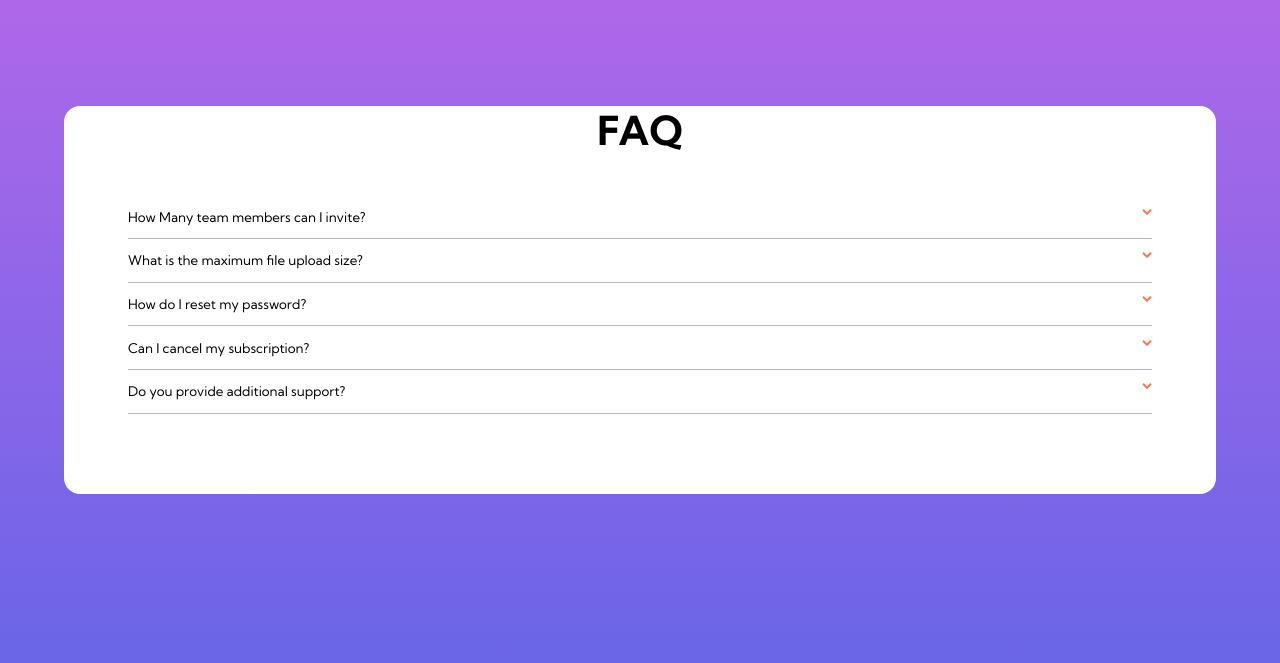
Repository: ryanwilll/ProjetoFAQ
Page: index.html
The author's editor kept a copy of each file at every save. The page is drawn from the files as they stood at one save, then again after the next save.
The browser window is 1280 px wide. The pictures show the whole page.

Above is the page before, as saved 2022-10-27 20:01:20.

### index.html
<!DOCTYPE html>
<html lang="pt-br">

<head>
  <meta charset="UTF-8">
  <meta name="viewport" content="width=device-width, initial-scale=1.0">
  <!-- displays site properly based on user's device -->
  <link rel="preconnect" href="https://fonts.googleapis.com">
  <link rel="preconnect" href="https://fonts.gstatic.com" crossorigin>
  <link rel="preconnect" href="https://fonts.googleapis.com">
  <link rel="preconnect" href="https://fonts.gstatic.com" crossorigin>
  <link href="https://fonts.googleapis.com/css2?family=Kumbh+Sans:wght@400;700&display=swap" rel="stylesheet">
  <link rel="icon" type="image/png" sizes="32x32" href="./images/favicon-32x32.png">
  <link rel="stylesheet" href="./css/style.css">
  <link rel="stylesheet" href="./css/allmedia.css">
  <title>Frontend Mentor | FAQ Accordion Card</title>

  <!-- Feel free to remove these styles or customise in your own stylesheet 👍 -->
</head>

<body>

  <main class="container">
    <div class="card-white">
      <div class="imgs">
        <img class="img-principal" src="./images/illustration-woman-online-mobile.svg" alt="Ilustração Mobile">
        <img class="sombra-img-principal" src="./images/bg-pattern-mobile.svg" alt="Sombreamento da Imagem">
      </div>
      <div class="imgs-desktop">
        <img src="./images/illustration-woman-online-desktop.svg" alt="">
        <img src="./images/bg-pattern-desktop.svg" alt="">
        <img src="./images/illustration-box-desktop.svg" alt="">
      </div>
      <h1 class="FAQ">FAQ</h1>
      <div class="faq-menu">

        <div class="text">
          <button class="button-answer">
            <div class="question"> How Many team members can I invite?<img class="seta"
                src="./images/icon-arrow-down.svg" alt="Seta para baixo"></div>

          </button>
          <p class="answer"> You can invite up to 2 additional users on the Free plan. There is no limit on team
            members
            for the Premium
            plan.</p>
        </div>
        <div class="text">
          <button class="button-answer">
            <div class="question"> What is the maximum file upload size?<img class="seta"
                src="./images/icon-arrow-down.svg" alt="Seta para baixo"></div>

          </button>
          <p class="answer"> No more than 2GB. All files in your account must fit your allotted storage space.</p>
        </div>
        <div class="text">
          <button class="button-answer">
            <div class="question"> How do I reset my password?<img class="seta" src="./images/icon-arrow-down.svg"
                alt="Seta para baixo"></div>

          </button>
          <p class="answer"> Click “Forgot password” from the login page or “Change password” from your profile page.
            A reset link will be emailed to you.</p>
        </div>
        <div class="text">
          <button class="button-answer">
            <div class="question"> Can I cancel my subscription?<img class="seta" src="./images/icon-arrow-down.svg"
                alt="Seta para baixo"></div>

          </button>
          <p class="answer"> Yes! Send us a message and we’ll process your request no questions asked.</p>
        </div>
        <div class="text">
          <button class="button-answer">
            <div class="question"> Do you provide additional support?<img class="seta"
                src="./images/icon-arrow-down.svg" alt="Seta para baixo"></div>

          </button>
          <p class="answer"> You can invite up to 2 additional users on the Free plan. There is no limit on team
            members
            for the Premium
            plan.</p>
        </div>
      </div>

    </div>
  </main>
  <script src="./src/index.js"></script>
</body>

</html>

### css/style.css
@charset "UTF-8";
input,
textarea,
button,
select,
a {
  -webkit-tap-highlight-color: rgba(0, 0, 0, 0);
}
/*Versão Mobile First*/
* {
  font-family: "Kumbh Sans", sans-serif;
  margin: 0px;
  padding: 0px;
  box-sizing: border-box;
}

body {
  background: linear-gradient(hsl(273, 75%, 66%) 80%, hsl(240, 73%, 65%));
  background: linear-gradient(hsl(273, 75%, 66%) 80%, hsl(240, 73%, 65%));
  background-repeat: no-repeat;
  position: relative;
  height: 100vh;
  width: 100vw;
}

.card-white {
  background-color: white;
  width: 90vw;
  max-height: 100vh;
  margin: 10em auto;
  border-radius: 1em;
  padding-bottom: 5em;
}

.card-white .imgs {
  position: relative;
  width: 50vw;
  margin: auto;
  top: -5.5em;
  z-index: 1;
}

.card-white .imgs .sombra-img-principal {
  position: relative;
  width: 50vw;
  margin: auto;
  top: -4.5em;
  z-index: -1;
}
.card-white .FAQ {
  font-size: 2.5em;
  text-align: center;
  font-weight: 600;
  margin: -3em 0em 1em;
}

.card-white button {
  border-style: none;
  text-align: left;
  background-color: transparent;
  transition: color ease-in-out 0.2s;
  justify-content: space-between;
  cursor: pointer;
  width: 80vw;
}

.card-white button img {
  position: relative;
  float: right;
  margin: auto;
}

.imgs-desktop {
  display: none;
}

.card-white button:hover {
  color: orange;
}

.card-white .faq-menu .text .question {
  width: 80vw;
  margin: 1em 0em;
}

.card-white .answer {
  visibility: hidden;
  height: 0;
  transition: height 0.5s ease;
}
.card-white .faq-menu .text {
  border-bottom: 1px solid rgb(187, 186, 186);
  width: 80vw;
  margin: auto;
}

.card-white .faq-menu .text.active .question {
  font-weight: bold;
}

.card-white .faq-menu .text.active .answer {
  visibility: visible;
  height: 2.4em;
  margin: 0.5em 0em;
  width: 75vw;
  font-size: 0.7em;
  margin-bottom: 2em;
  animation: fade 1s ease-in-out;
}

.card-white .faq-menu .text.active .seta {
  transform: rotate(180deg);
}
.seta {
  transition: transform 0.5s ease-in;
}

@keyframes fade {
  from {
    opacity: 0;
    transform: translateY(-10px);
  }
  to {
    opacity: 1;
    transform: translateY(0px);
  }
}

### css/allmedia.css
@media screen and (min-width: 600px) and (max-width: 768px) {
  body {
    background: linear-gradient(hsl(273, 75%, 66%) 80%, hsl(240, 73%, 65%));
    background: linear-gradient(hsl(273, 75%, 66%) 80%, hsl(240, 73%, 65%));
    background-repeat: no-repeat;
    position: relative;
    height: 100vh;
    width: 100vw;
  }
  .card-white {
    max-height: 100%;
    margin: 13em auto;
    border-radius: 1em;
    padding-bottom: 5em;
  }
  .card-white .imgs {
    top: -10.5em;
  }

  .card-white .imgs .sombra-img-principal {
    top: -7.5em;
  }
  .card-white .FAQ {
    font-size: 3.5em;
    margin: -5em 0em 1em;
  }

  .card-white button img {
    width: 1.5em;
    height: 1em;
  }
  .card-white .faq-menu .text .question {
    font-size: 2em;
  }
  .card-white .faq-menu .text.active .answer {
    font-size: 1.5em;
  }
}

@media screen and (min-width: 769px) and (max-width: 992px) {
  body {
    background: linear-gradient(hsl(273, 75%, 66%) 80%, hsl(240, 73%, 65%));
    background: linear-gradient(hsl(273, 75%, 66%) 80%, hsl(240, 73%, 65%));
    background-repeat: no-repeat;
    position: relative;
    height: 100%;
    width: 100%;
  }
  .card-white {
    max-height: 100%;
    margin: 15em auto;
    border-radius: 1em;
    padding-bottom: 5em;
  }
  .card-white .imgs {
    top: -10.5em;
  }

  .card-white .imgs .sombra-img-principal {
    top: -7.5em;
  }
  .card-white .FAQ {
    font-size: 4em;
    margin: -3em 0em 1em;
  }
  .card-white button img {
    width: 1.5em;
    height: 1em;
  }
  .card-white .faq-menu .text .question {
    font-size: 2em;
  }
  .card-white .faq-menu .text.active .answer {
    font-size: 1.5em;
  }
}

@media screen and (min-width: 993px) and (max-width: 1200px) {
  body {
    background: linear-gradient(hsl(273, 75%, 66%) 80%, hsl(240, 73%, 65%));
    background: linear-gradient(hsl(273, 75%, 66%) 80%, hsl(240, 73%, 65%));
    background-repeat: no-repeat;
    position: relative;
    height: 100%;
    width: 100%;
  }
  .card-white {
    max-height: 100%;
    margin: 15em auto;
    border-radius: 1em;
    padding-bottom: 5em;
  }
  .card-white .imgs {
    top: -16.5em;
  }

  .card-white .imgs .sombra-img-principal {
    top: -11.5em;
  }
  .card-white .FAQ {
    font-size: 5em;
    margin: -5.5em 0em 1em;
  }
  .card-white button img {
    width: 1.5em;
    height: 1em;
  }
  .card-white .faq-menu .text .question {
    font-size: 2.3em;
  }
  .card-white .faq-menu .text.active .answer {
    font-size: 1.7em;
  }
}

@media screen and (min-width: 1201px) {
  body {
    margin: 0;
    font-family: "Poppins", sans-serif;
    max-height: 100%;
    width: 100vw;
    background: linear-gradient(hsl(273, 75%, 66%), hsl(240, 73%, 65%));
    display: grid;
    justify-content: center;
    align-content: center;
  }
  .imgs {
    display: none;
  }
  .card-white {
    position: ;
    background-color: white;
    width: 90vw;
    margin: 10em auto;
    border-radius: 1em;
    padding-bottom: 5em;
  }
}

### src/index.js
const faqs = document.querySelectorAll(".text");

faqs.forEach((faq) => {
  faq.addEventListener("click", () => {
    faq.classList.toggle("active");
  });
});

After the next save:
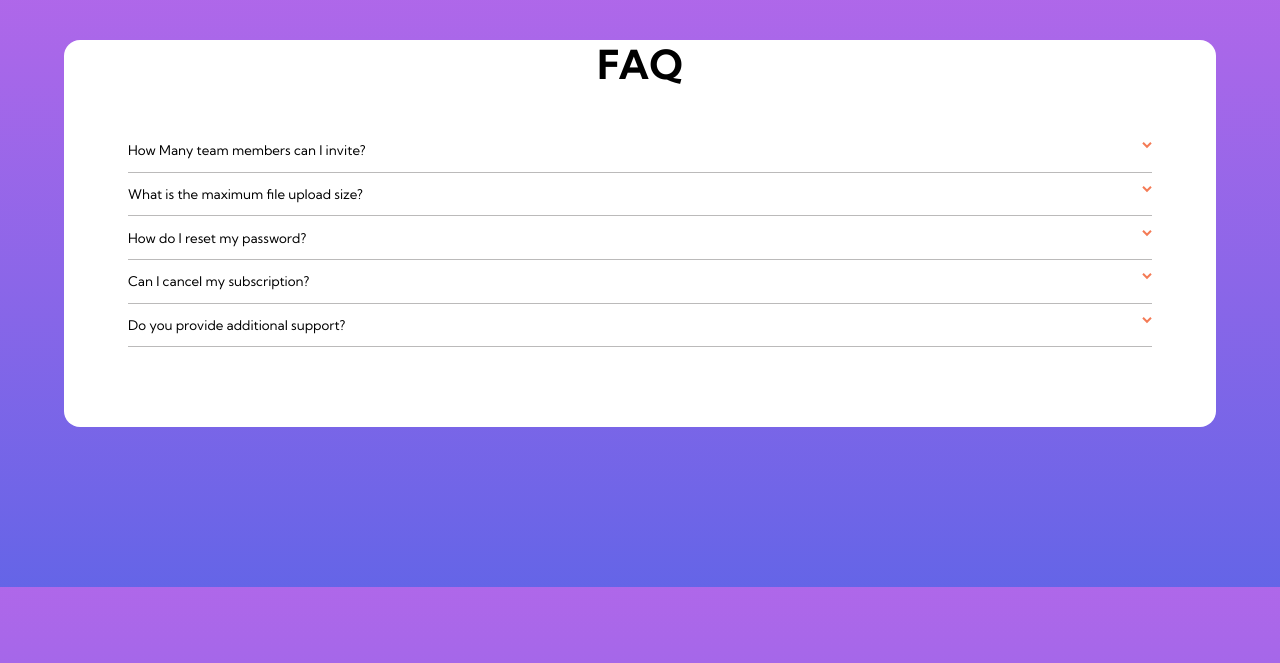
Saved 5 s later.
--- a/css/allmedia.css
+++ b/css/allmedia.css
@@ -117,7 +117,7 @@
   body {
     margin: 0;
     font-family: "Poppins", sans-serif;
-    max-height: 100%;
+    height: 100%;
     width: 100vw;
     background: linear-gradient(hsl(273, 75%, 66%), hsl(240, 73%, 65%));
     display: grid;

After the 2 saves that followed:
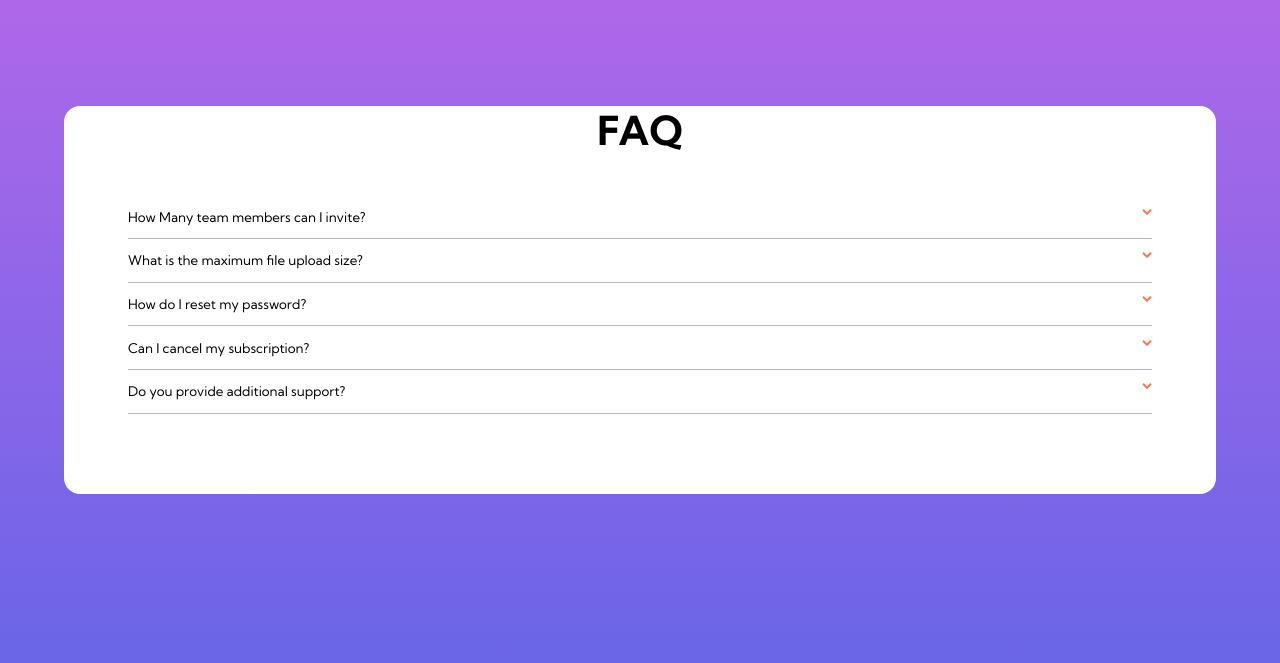
The 2 saves are shown as one change because 1 left the picture as it was.
The last was saved 19 s later.
--- a/css/allmedia.css
+++ b/css/allmedia.css
@@ -116,8 +116,8 @@
 @media screen and (min-width: 1201px) {
   body {
     margin: 0;
-    font-family: "Poppins", sans-serif;
     height: 100%;
+    min-height: 100vh;
     width: 100vw;
     background: linear-gradient(hsl(273, 75%, 66%), hsl(240, 73%, 65%));
     display: grid;
